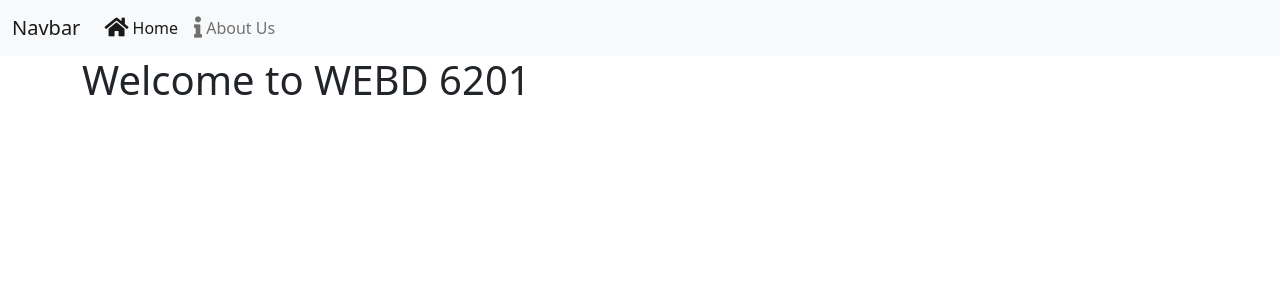
Repository: ErikHayward/WEBD6201-W2021-ICE1b
Page: index.html
An editor plug-in stored every save of this project. The page is shown before and after the next save, followed by the edit.
The browser window is 1280 px wide. The pictures show the whole page.

Above is the page before, as saved 2021-01-22 19:42:04.

### index.html
<!DOCTYPE html>
<html lang="en">
<head>
    <meta charset="UTF-8">
    <meta name="viewport" content="width=device-width, initial-scale=1.0">
    <title>WEBD6201 - W2021 - ICE 1</title>
    <!-- CSS Section -->
    <link rel="stylesheet" href="./node_modules/bootstrap/dist/css/bootstrap.min.css">
    <link rel="stylesheet" href="./node_modules/@fortawesome/fontawesome-free/css/all.min.css">
    <link rel="stylesheet" href="./Content/app.css">
</head>
<body>

    <header>
        <nav class="navbar navbar-expand-lg navbar-light bg-light">
            <div class="container-fluid">
              <a class="navbar-brand" href="#">Navbar</a>
              <button class="navbar-toggler" type="button" data-bs-toggle="collapse" data-bs-target="#navbarSupportedContent" aria-controls="navbarSupportedContent" aria-expanded="false" aria-label="Toggle navigation">
                <span class="navbar-toggler-icon"></span>
              </button>
              <div class="collapse navbar-collapse" id="navbarSupportedContent">
                <ul class="navbar-nav me-auto mb-2 mb-lg-0">

                  <li class="nav-item">
                    <a class="nav-link active" aria-current="page" href="#"><i class="fas fa-home fa-lg"></i> Home</a>
                  </li>

                  <li class="nav-item">
                    <a class="nav-link" aria-current="page" href="#"><i class="fas fa-info fa-lg"></i> About Us</a>
                  </li>

                </ul>
              </div>
            </div>
          </nav>
    </header>

    <main class="container">
        <h1>Welcome to WEBD 6201</h1>
    </main>

    <footer>

    </footer>

    <!-- Script Section -->
    <script src="./node_modules/jquery/dist/jquery.min.js"></script>
    <script src="./node_modules/bootstrap/dist/js/bootstrap.bundle.min.js"></script>
    <script src="./Scripts/app.js"></script>
</body>
</html>

### Content/app.css
/* Custom CSS goes here */

### Scripts/app.js
/* Custom Java Script goes here */

// IIFE - Immediately Invoked Function Expression
// AKA - Anonymous Self-Executing Function
// Closure - limits scope leak

(function(){

    function Start(){
        console.log("App Started...");
    }

    window.addEventListener("load", Start);

})();

Loaded but not shown: node_modules/bootstrap/dist/css/bootstrap.min.css (library); node_modules/@fortawesome/fontawesome-free/css/all.min.css (library); node_modules/jquery/dist/jquery.min.js (library); node_modules/bootstrap/dist/js/bootstrap.bundle.min.js (library)

After the next save:
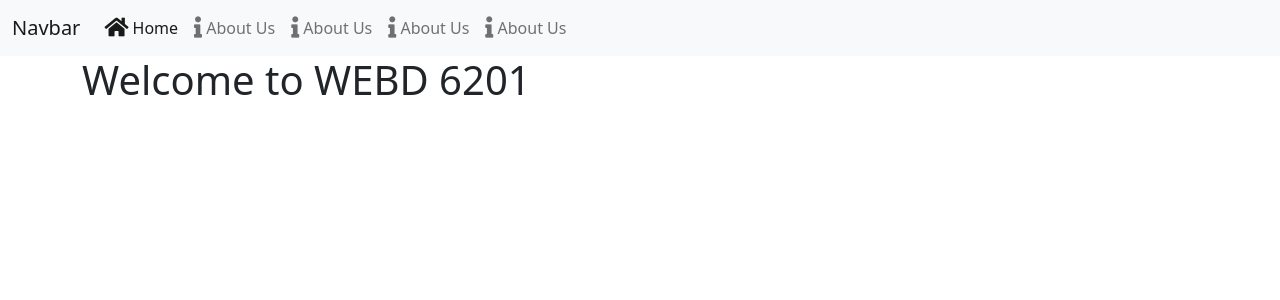
Saved 23 s later.
--- a/index.html
+++ b/index.html
@@ -29,6 +29,18 @@
                     <a class="nav-link" aria-current="page" href="#"><i class="fas fa-info fa-lg"></i> About Us</a>
                   </li>
 
+                  <li class="nav-item">
+                    <a class="nav-link" aria-current="page" href="#"><i class="fas fa-info fa-lg"></i> About Us</a>
+                  </li>
+
+                  <li class="nav-item">
+                    <a class="nav-link" aria-current="page" href="#"><i class="fas fa-info fa-lg"></i> About Us</a>
+                  </li>
+
+                  <li class="nav-item">
+                    <a class="nav-link" aria-current="page" href="#"><i class="fas fa-info fa-lg"></i> About Us</a>
+                  </li>
+
                 </ul>
               </div>
             </div>
